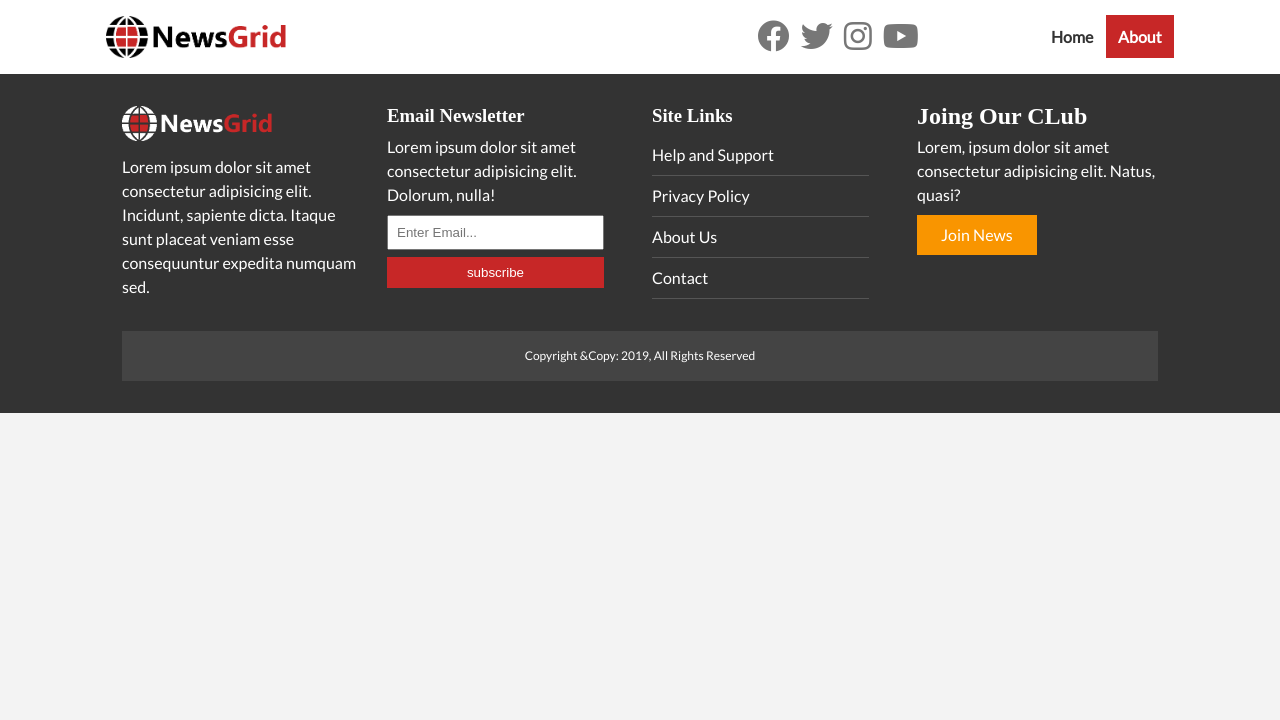
Repository: EswinGiova/NewsGrid
Page: about.html
These files come from the project's save history. The page is drawn as it stood at one moment and after the next save; the edit follows.
The browser window is 1280 px wide. The pictures show the whole page.
Some web libraries are served in a nearby version.

Above is the page before, as saved 2020-09-20 16:07:07.

After the next save:
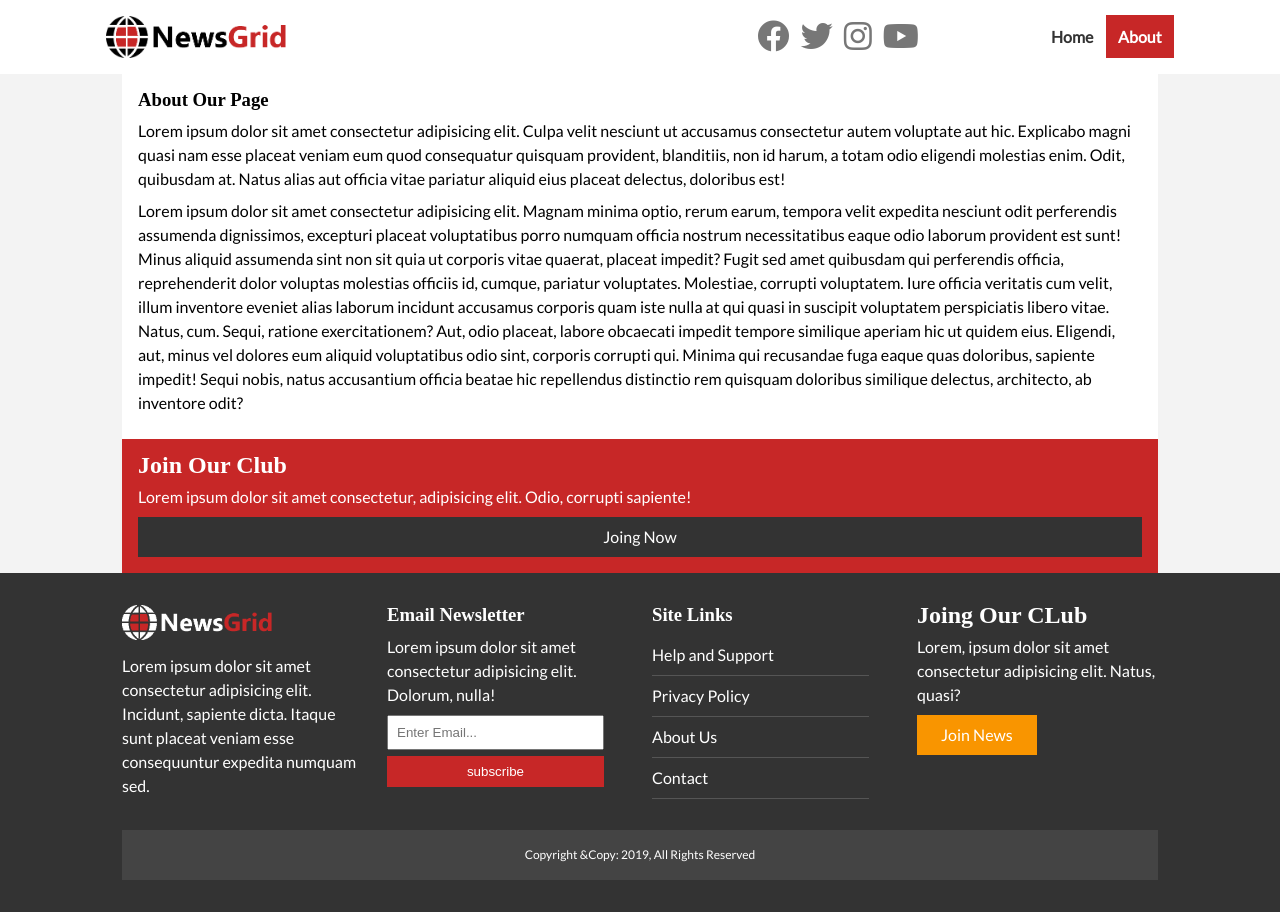
Saved 3 h 17 min later.
--- a/about.html
+++ b/about.html
@@ -41,6 +41,55 @@
       </div>
     </nav>
 
+    <section id="about">
+      <div class="container">
+        <div class="page-container">
+          <article class="card">
+            <h1 class="l-heading">About Our Page</h1>
+            <p>
+              Lorem ipsum dolor sit amet consectetur adipisicing elit. Culpa
+              velit nesciunt ut accusamus consectetur autem voluptate aut hic.
+              Explicabo magni quasi nam esse placeat veniam eum quod consequatur
+              quisquam provident, blanditiis, non id harum, a totam odio
+              eligendi molestias enim. Odit, quibusdam at. Natus alias aut
+              officia vitae pariatur aliquid eius placeat delectus, doloribus
+              est!
+            </p>
+            <p>
+              Lorem ipsum dolor sit amet consectetur adipisicing elit. Magnam
+              minima optio, rerum earum, tempora velit expedita nesciunt odit
+              perferendis assumenda dignissimos, excepturi placeat voluptatibus
+              porro numquam officia nostrum necessitatibus eaque odio laborum
+              provident est sunt! Minus aliquid assumenda sint non sit quia ut
+              corporis vitae quaerat, placeat impedit? Fugit sed amet quibusdam
+              qui perferendis officia, reprehenderit dolor voluptas molestias
+              officiis id, cumque, pariatur voluptates. Molestiae, corrupti
+              voluptatem. Iure officia veritatis cum velit, illum inventore
+              eveniet alias laborum incidunt accusamus corporis quam iste nulla
+              at qui quasi in suscipit voluptatem perspiciatis libero vitae.
+              Natus, cum. Sequi, ratione exercitationem? Aut, odio placeat,
+              labore obcaecati impedit tempore similique aperiam hic ut quidem
+              eius. Eligendi, aut, minus vel dolores eum aliquid voluptatibus
+              odio sint, corporis corrupti qui. Minima qui recusandae fuga eaque
+              quas doloribus, sapiente impedit! Sequi nobis, natus accusantium
+              officia beatae hic repellendus distinctio rem quisquam doloribus
+              similique delectus, architecto, ab inventore odit?
+            </p>
+          </article>
+
+          <aside class="card bg-primary">
+            <h2>Join Our Club</h2>
+            <p>
+              Lorem ipsum dolor sit amet consectetur, adipisicing elit. Odio,
+              corrupti sapiente!
+            </p>
+            <a href="#" class="btn btn-dark btn-block">Joing Now</a>
+          </aside>
+        </div>
+      </div>
+    </section>
+
+    <!-- footer -->
     <footer id="main-footer" class="py-2">
       <div class="container footer-container">
         <div>
